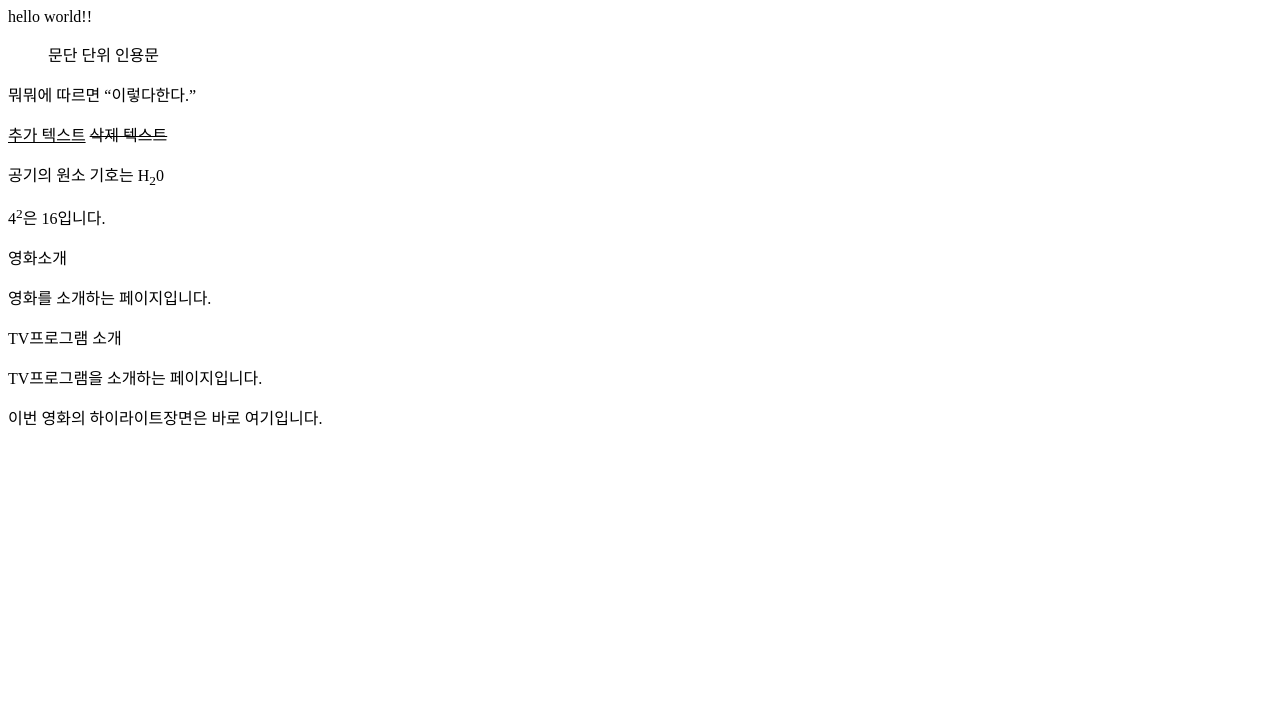
Repository: ggandory/CODE
Page: index.html
An editor plug-in stored every save of this project. The page is shown before and after the next save, followed by the edit.
The browser window is 1280 px wide. The pictures show the whole page.

Above is the page before, as saved 2023-12-29 00:35:08.

After the next save:
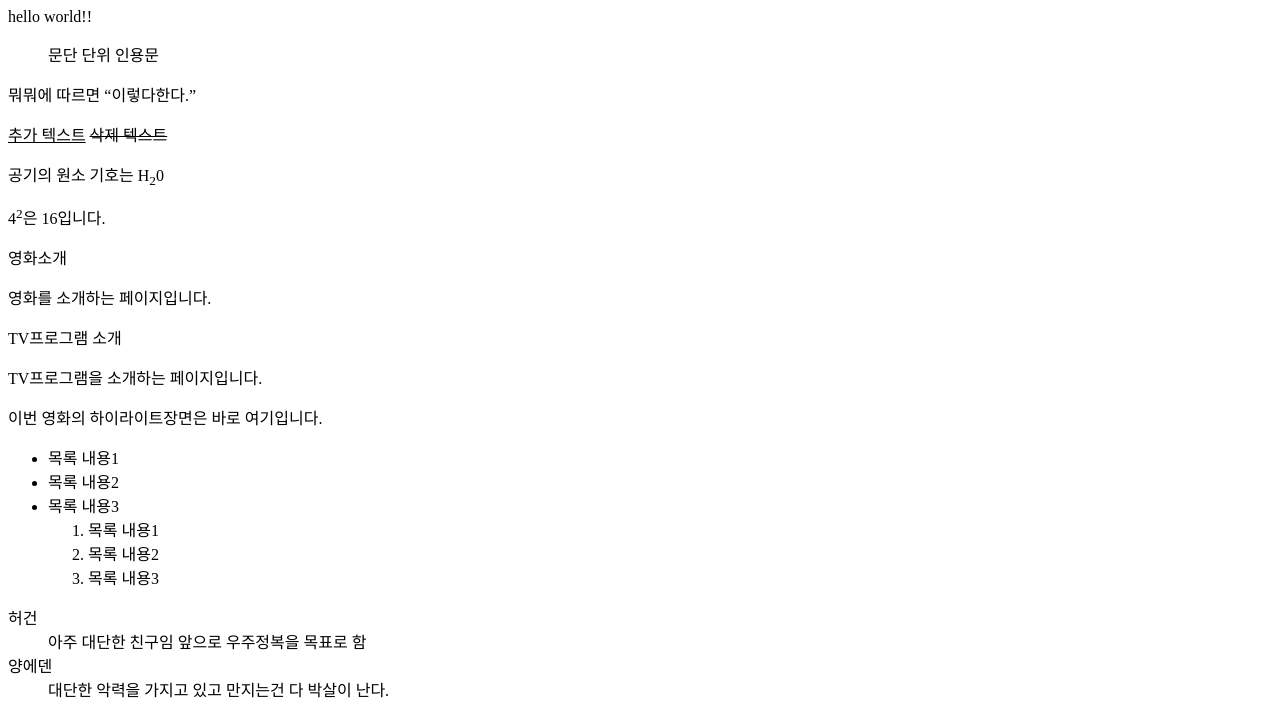
Saved 7 min 32 s later.
--- a/index.html
+++ b/index.html
@@ -14,6 +14,7 @@
     <!--ins는 밑줄쳐지는 추가텍스트 del은 취소선이 생기는 텍스트-->
     <ins>추가 텍스트</ins>
     <del>삭제 텍스트</del>
+
     <!--sub, sup태그는 각각 아래 첨자, 위 첨자에 해당하는 텍스트를 작성할 때 사용.-->
     <p>공기의 원소 기호는 H<sub>2</sub>0</p>
     <p>4<sup>2</sup>은 16입니다.</p>
@@ -29,7 +30,30 @@
       <p>TV프로그램 소개</p>
       <p>TV프로그램을 소개하는 페이지입니다.</p>
     </div>
+
     <!--span 태그는 인라인 요소를 그룹으로 묶을 때 사용함-->
     <p>이번 영화의 <span>하이라이트</span>장면은 바로 여기입니다.</p>
+
+    <!--ul 태그는 말그대로 unordered list이기 때문에 비순서형 목록띄우기임-->
+    <ul>
+      <li>목록 내용1</li>
+      <li>목록 내용2</li>
+      <li>목록 내용3</li>
+
+      <!--ol은 말그대로 ordered임으로 순서형 목록으로 생성됨-->
+      <ol>
+        <li>목록 내용1</li>
+        <li>목록 내용2</li>
+        <li>목록 내용3</li>
+      </ol>
+    </ul>
+
+    <!--dl태그는 정의형 목록을 만들 때 사용합니다. dt태그로 용어를 dd태그로 설명을함-->
+    <dl>
+      <dt>허건</dt>
+      <dd>아주 대단한 친구임 앞으로 우주정복을 목표로 함</dd>
+      <dt>양에덴</dt>
+      <dd>대단한 악력을 가지고 있고 만지는건 다 박살이 난다.</dd>
+    </dl>
   </body>
 </html>
